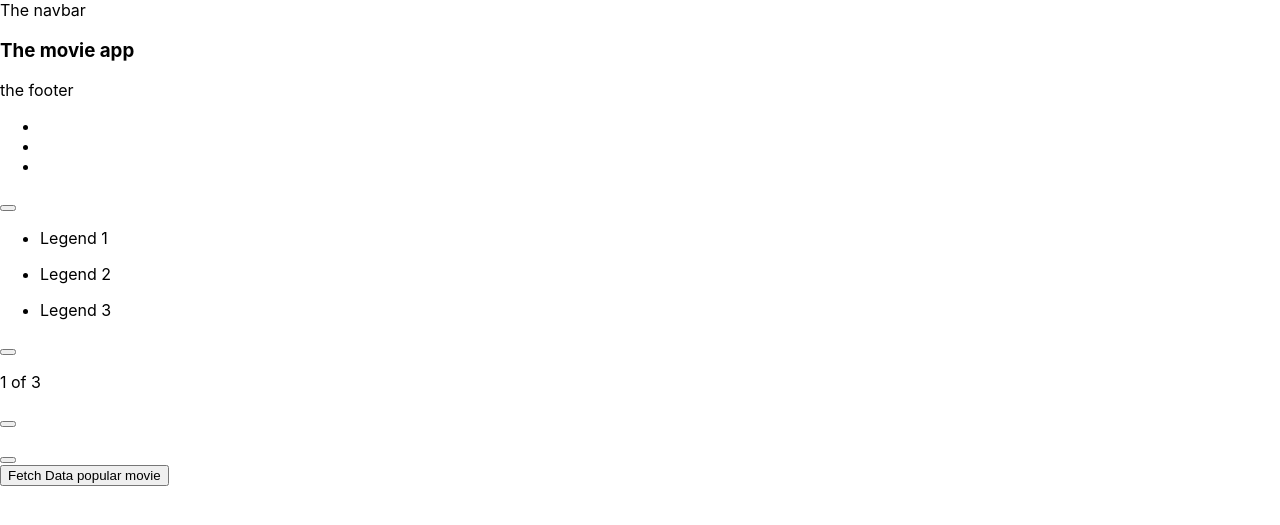
Repository: suraj-yadav7/IMDbClone
Page: /
The author's editor kept a copy of each file at every save. The page is drawn from the files as they stood at one save, then again after the next save.
The browser window is 1280 px wide. The pictures show the whole page.
The project was rebuilt for these pictures with package versions that can differ from the ones it lists, and the page was loaded fresh each time. Also part of the build but not shown: src/App.css.

Above is the page before, as saved 2023-06-02 12:08:08.

After the next save:
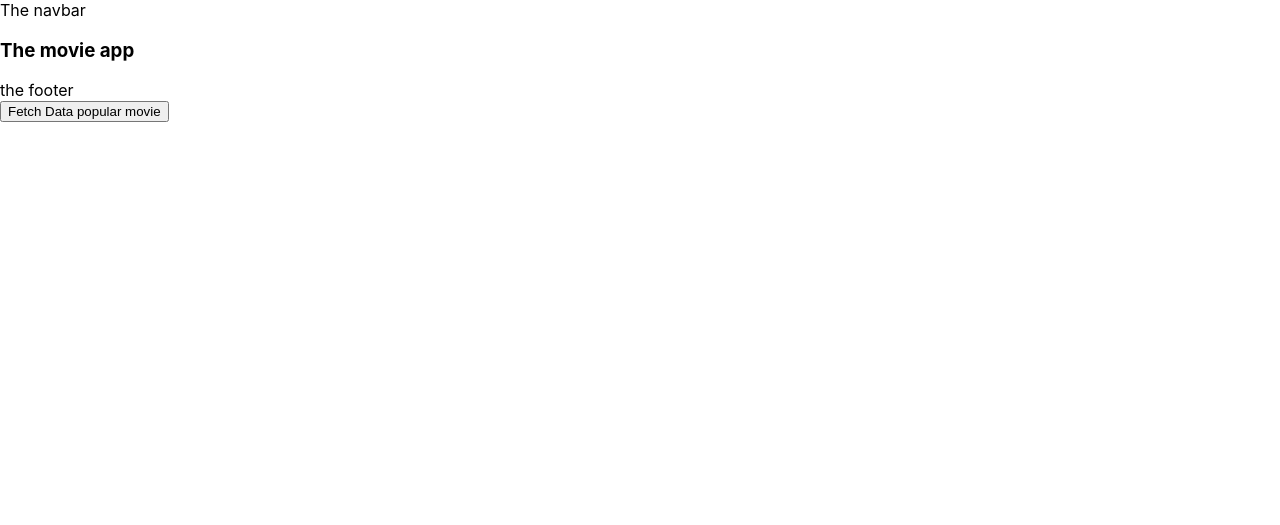
Saved 7 min 35 s later.
--- a/src/components/Popular.jsx
+++ b/src/components/Popular.jsx
@@ -7,22 +7,21 @@ const Popular = () => {
     const dispatch=useDispatch()
 
     const popularMovieApi=useSelector((state)=>state.movie.popularData)
-console.log("the actual pop:", popularMovieApi)
+console.log("the actual pop:", popularMovieApi.results)
 
   return (
     <>
     <div className='popular'>
 
      <Carousel>
-        <div>
-            <p className="legend">Legend 1</p>
-        </div>
-        <div>
-            <p className="legend">Legend 2</p>
-        </div>
-        <div>
-            <p className="legend">Legend 3</p>
-        </div>
+        {
+            popularMovieApi.map((elem)=>(
+                <div key={elem.results.id}>
+                <img src={`http://image.tmdb.org/t/p/"`} />
+                <p className="legend">{elem.results.overview}</p>
+            </div>
+            ))
+        }
     </Carousel>
     <div className='fetch'>
         <button onClick={()=>dispatch(popularMovie())}>Fetch Data popular movie</button>
